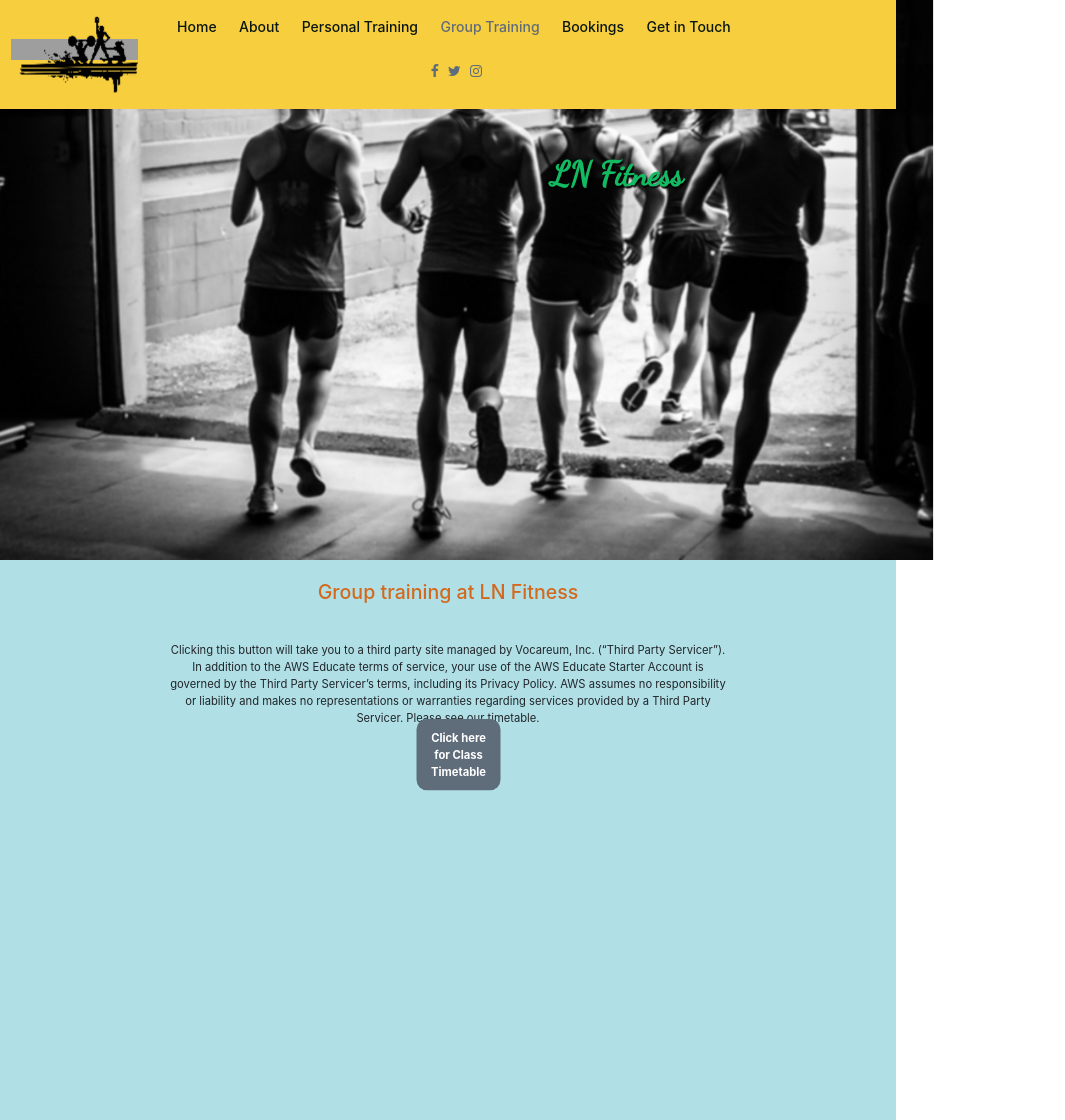
Repository: murphya14/Fitness-webpage
Page: group-training.html
The author's editor kept a record of every edit. The page is drawn from the files as they stood at one moment, then again after the next edit.
The browser window is 1280 px wide. The page is 1521 px wide, so the pictures cover 1521 px, including what lies to the right of the window. The pictures show the part of the page from y = 0 to 1600 px (the page is 2511 px tall), at 70% of full size.
Pictures or frames that could not be fetched are drawn as grey boxes.

Above is the page before.

After the next edit:
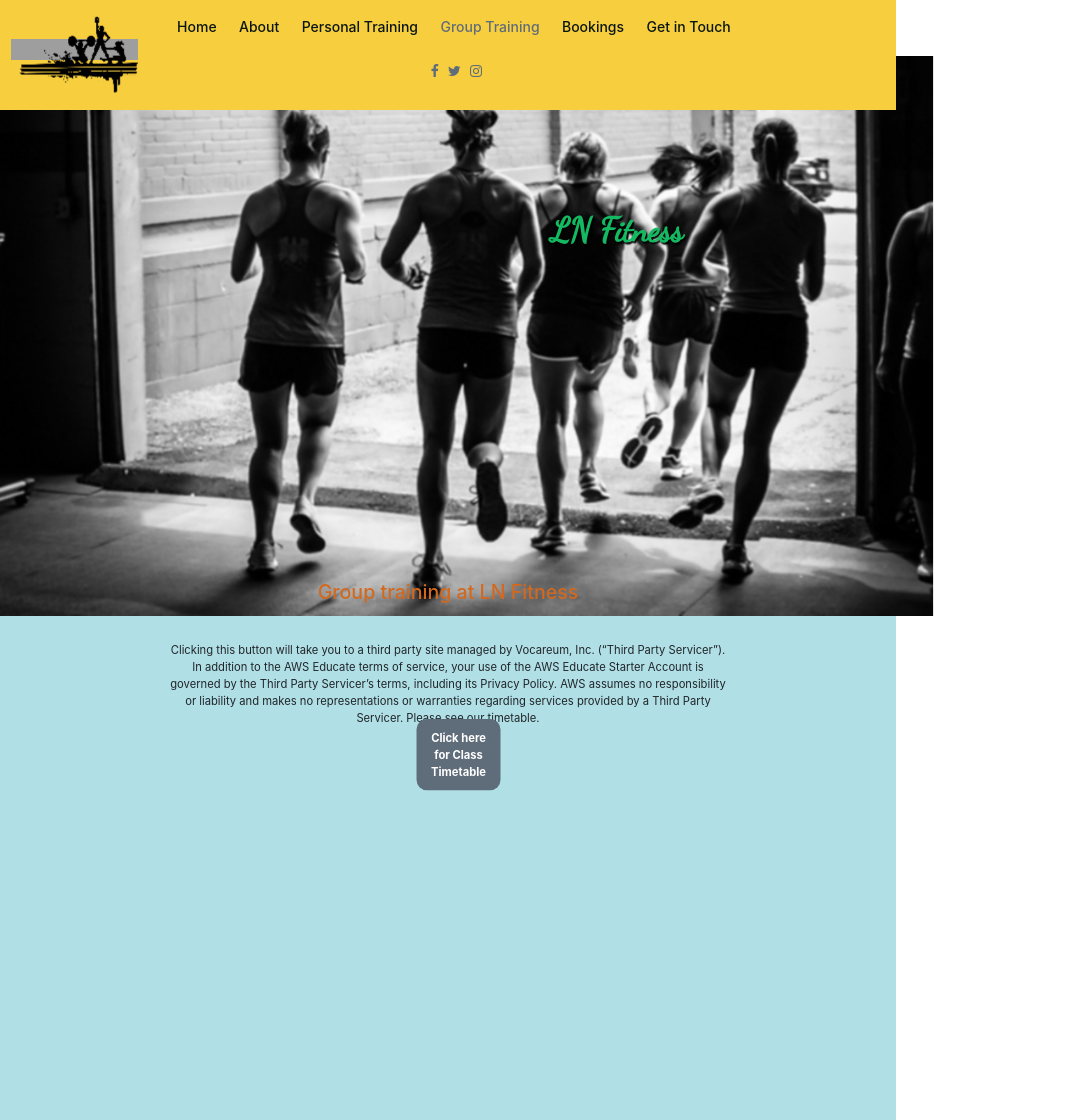
The edit:
--- a/assets/css/style.css
+++ b/assets/css/style.css
@@ -146,6 +146,7 @@
     padding-left:0;
     padding-right:0;
     position: relative;
+    transform: translate(0%, +10%);
  }
 
 .image-text {
